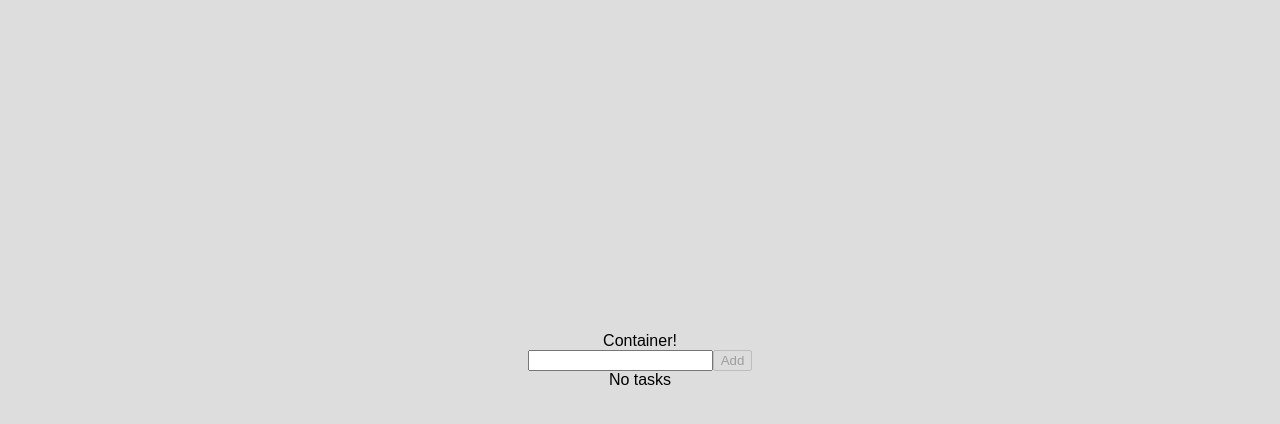
Repository: lucas-itup/react
Page: /
These files come from the project's save history. The page is drawn as it stood at one moment and after the next save; the edit follows.
The browser window is 1280 px wide. The pictures show the whole page.
The project was rebuilt for these pictures with package versions that can differ from the ones it lists, and the page was loaded fresh each time. Also part of the build but not shown: src/components/Checkbox.jsx.

Above is the page before, as saved 2022-11-18 01:01:57.

After the next save:
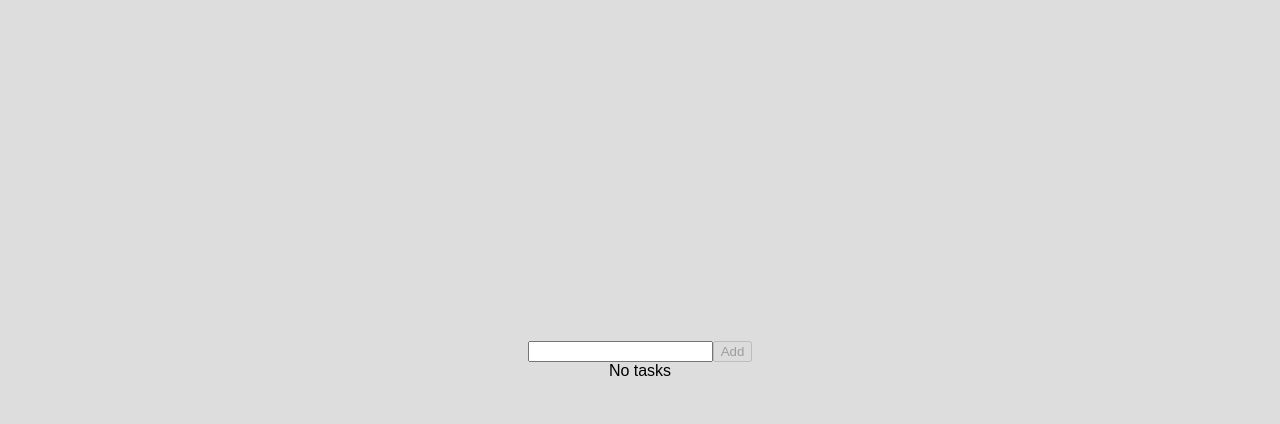
Saved 21 s later.
--- a/src/components/Container.jsx
+++ b/src/components/Container.jsx
@@ -12,7 +12,7 @@ const Container = () => {
   };
   return (
     <div>
-      Container!
+
       <FormTodo handleAddItem={handleAddItem} />
       <TaskList list={list} setList={setList} />
     </div>
